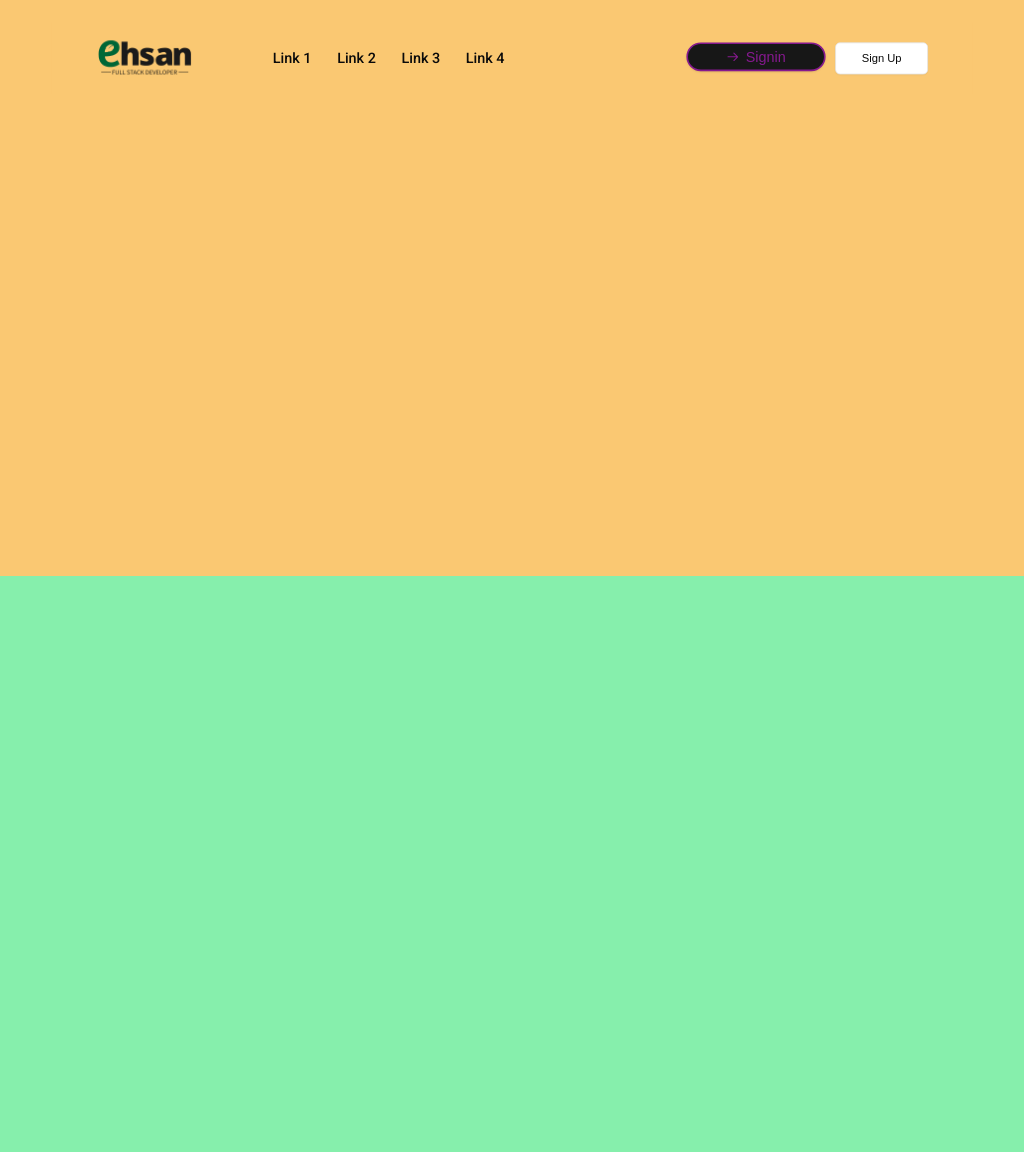
Repository: FrontendProjectsNL/mijn-portfolio-project
Page: /exercise
These files come from the project's save history. The page is drawn as it stood at one moment and after the next save; the edit follows.
The browser window is 1280 px wide. The pictures show the whole page, at 80% of full size.
The project was rebuilt for these pictures with package versions that can differ from the ones it lists, and the page was loaded fresh each time. The framework's server and built-in components were replaced by stand-ins that run in the browser. Also part of the build but not shown: next.config.mjs.

Above is the page before, as saved 2024-10-25 12:59:27.

After the next save:
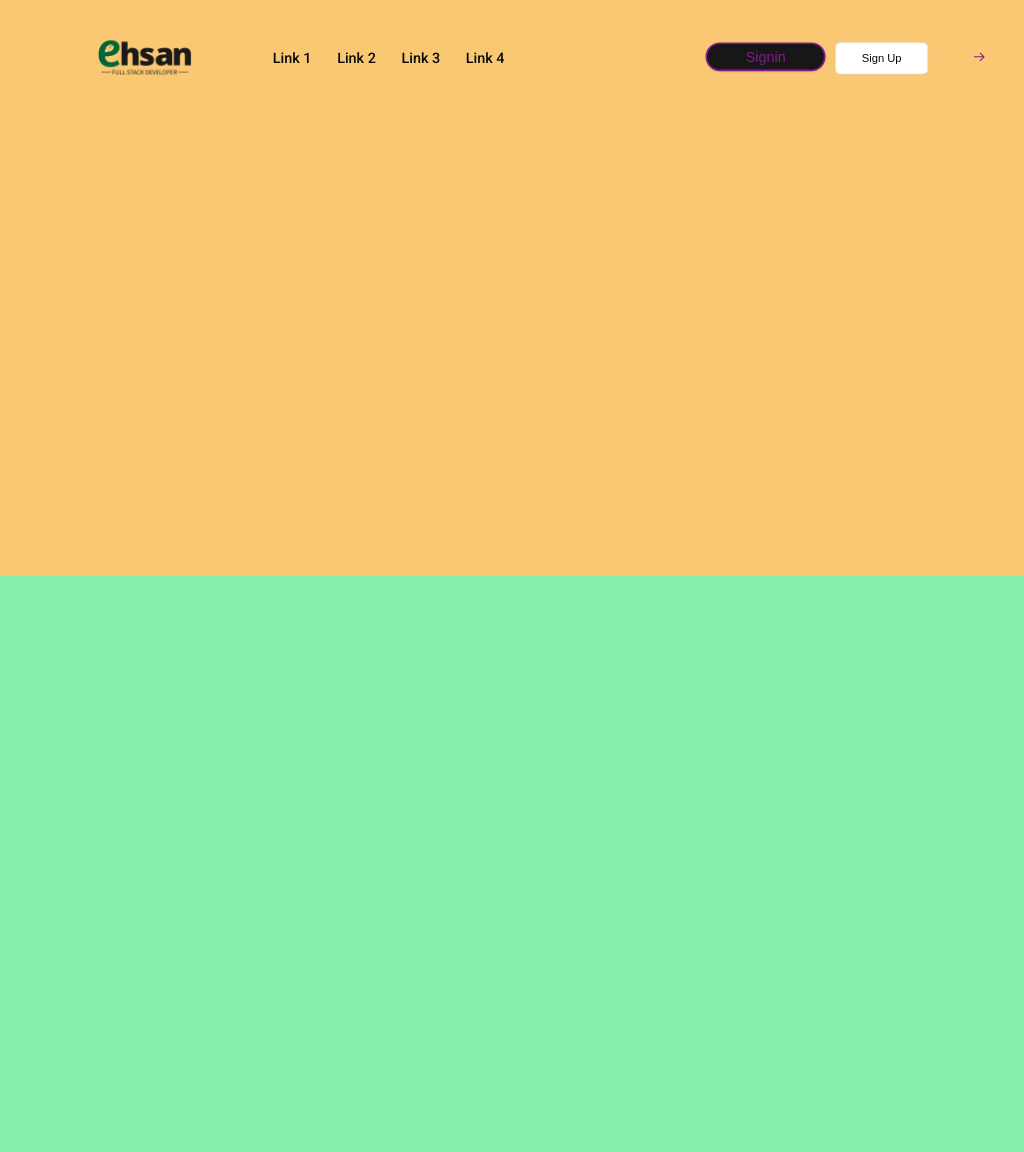
Saved 5 s later.
--- a/app/exercise/page.tsx
+++ b/app/exercise/page.tsx
@@ -83,7 +83,7 @@ const Page: React.FC<PageProps> = () => {
         <div className="flex gap-3">
           <Button className="group relativ  inline-flex items-center overflow-hidden rounded-full border-2 border-fuchsia-800 px-12 py-3 text-lg font-medium text-fuchsia-800 hover:bg-gray-50 hover:text-white">
             <span className="duration-400 ease absolute left-0 top-1/2 block h-0 w-full bg-fuchsia-800 opacity-100 transition-all group-hover:top-0 group-hover:h-full"></span>
-            <span classname="ease absolute right-0 flex h-10 w-10 translate-x-full transform items-center justify-start duration-500 group-hover:-translate-x-2">
+            <span className="ease absolute right-0 flex h-10 w-10 translate-x-full transform items-center justify-start duration-500 group-hover:-translate-x-2">
               <svg
                 className="h-5 w-5"
                 fill="none"
